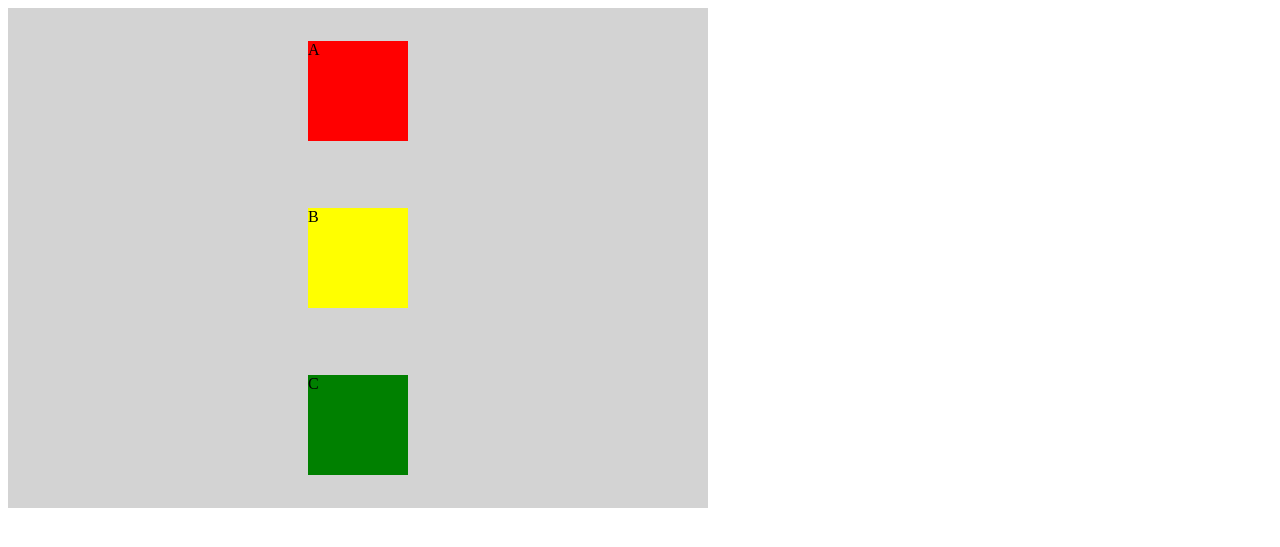
Repository: 4forces/HTML-CSS-LESSON
Page: postion.html
The author's editor kept a record of every edit. The page is drawn from the files as they stood at one moment, then again after the next edit.
The browser window is 1280 px wide. The pictures show the whole page.

Above is the page before.

After the next edit:
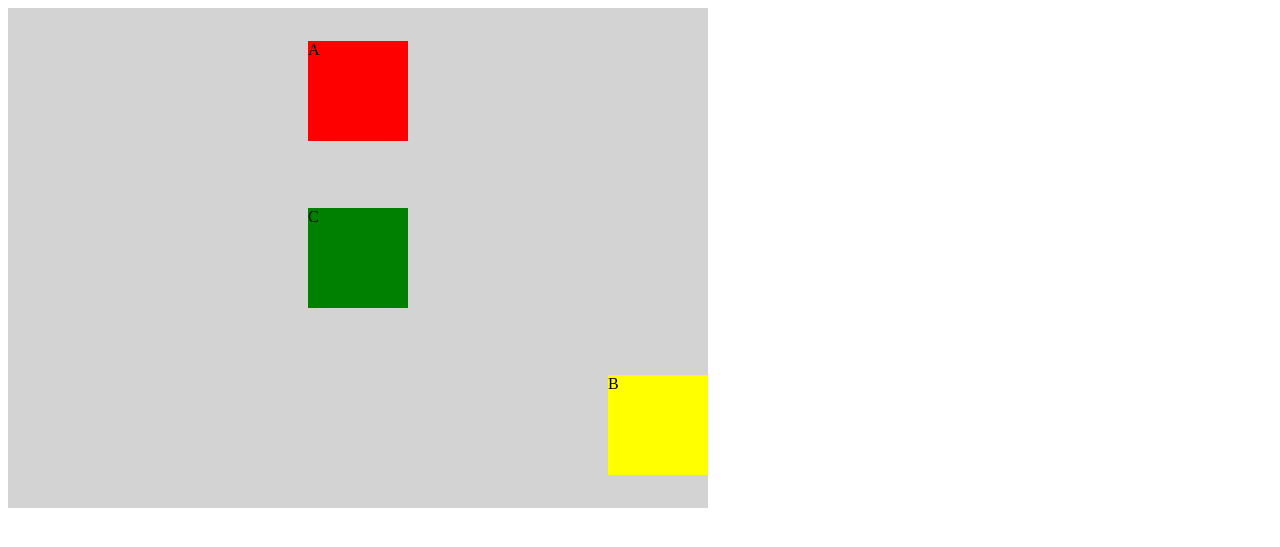
The edit:
--- a/postion.html
+++ b/postion.html
@@ -23,6 +23,8 @@
         .boxb{
             height:100px;
             width:100px;
+            order: 1;
+            align-self :flex-end;
         }
         .boxc{
             height:100px;
